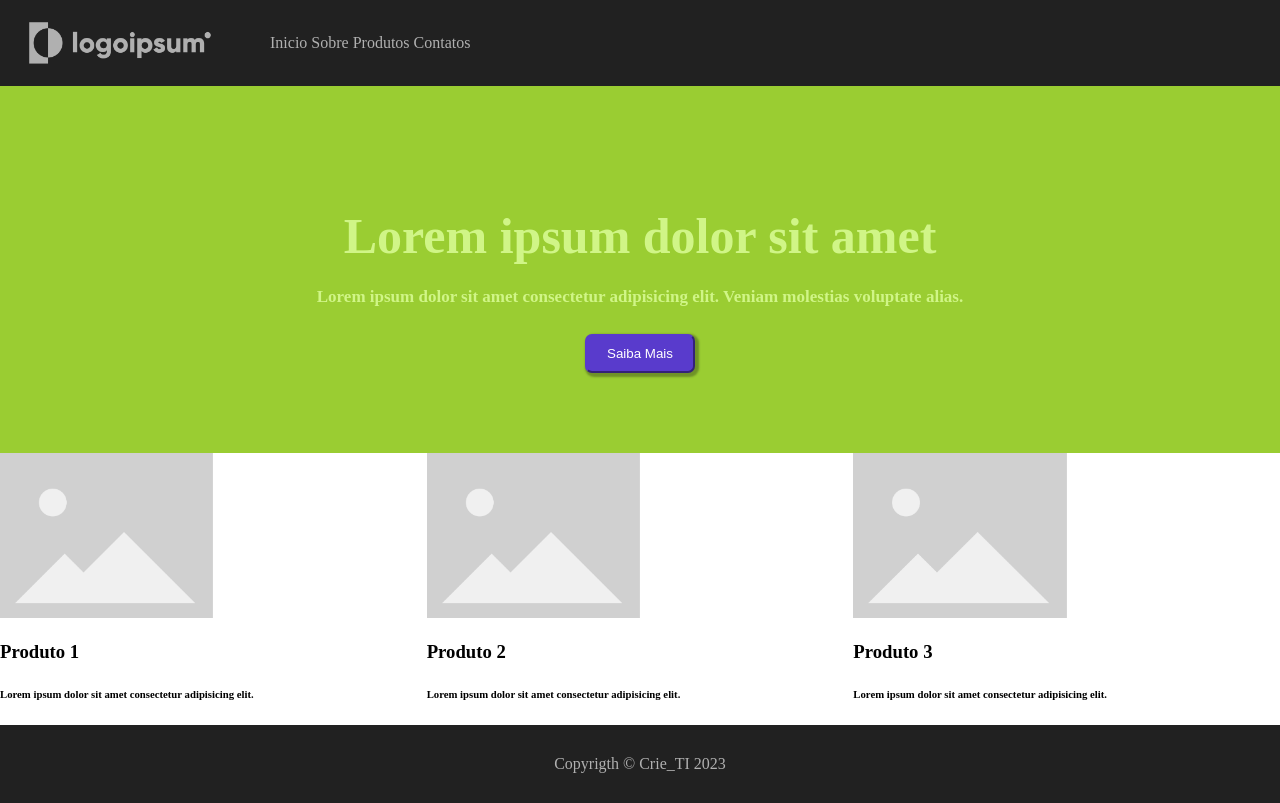
Repository: robsonwssantos/Projeto_Olaria
Page: Exercicios/ex.01/index.html
The author's editor kept a copy of each file at every save. The page is drawn from the files as they stood at one save, then again after the next save.
The browser window is 1280 px wide. The pictures show the whole page.

Above is the page before, as saved 2023-04-21 11:46:41.

After the next save:
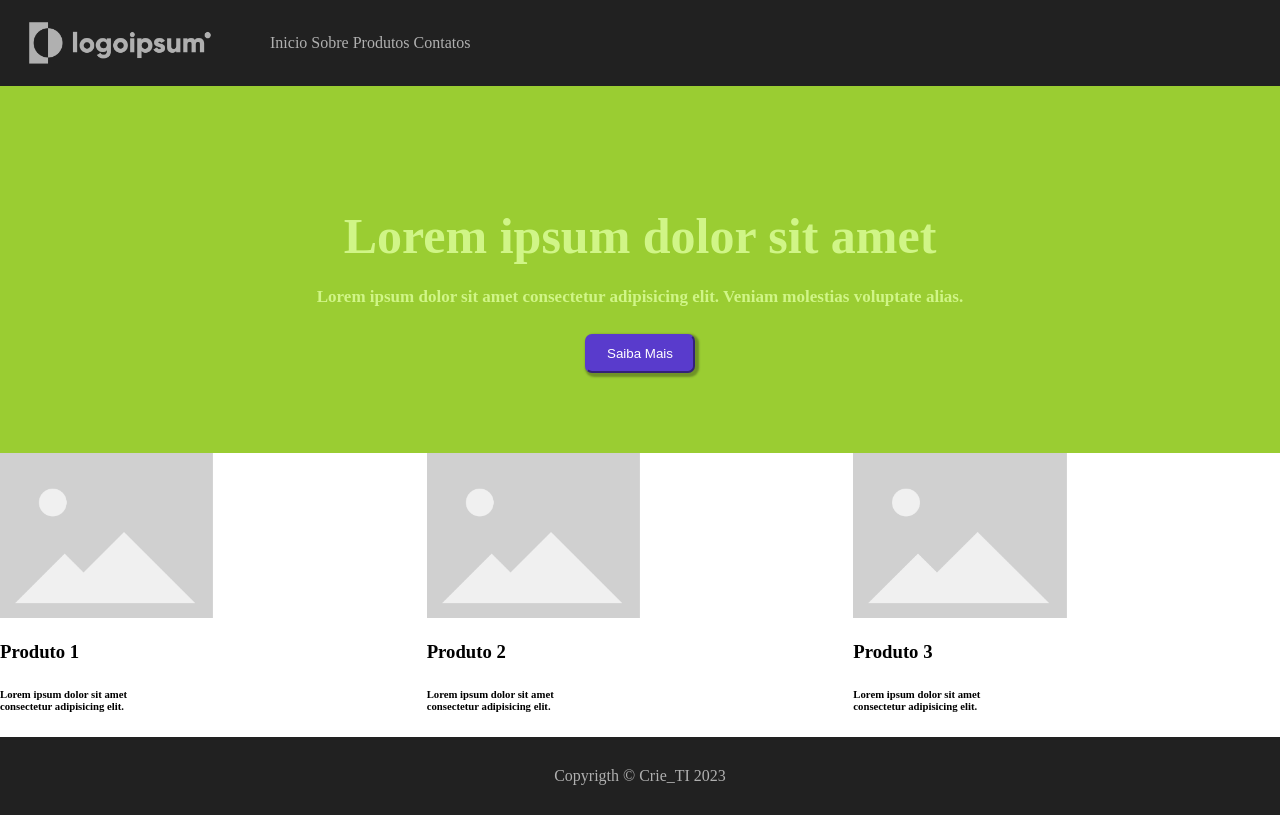
Saved 2 min 25 s later.
--- a/Exercicios/ex.01/index.html
+++ b/Exercicios/ex.01/index.html
@@ -121,17 +121,25 @@
             <div class="colum">
                 <img src="placeholder.png" alt="">
                 <h3>Produto 1</h3>
-                <h6>Lorem ipsum dolor sit amet consectetur adipisicing elit.</h6>
+                <h6>Lorem ipsum dolor sit amet<br>
+                    consectetur adipisicing elit.
+                </h6>
             </div>
             <div class="colum">
                 <img src="placeholder.png" alt="">
                 <h3>Produto 2</h3>
-                <h6>Lorem ipsum dolor sit amet consectetur adipisicing elit.</h6>
+                <h6>
+                    Lorem ipsum dolor sit amet<br>
+                    consectetur adipisicing elit.
+                </h6>
             </div>
             <div class="colum">
                 <img src="placeholder.png" alt="">
                 <h3>Produto 3</h3>
-                <h6>Lorem ipsum dolor sit amet consectetur adipisicing elit.</h6>
+                <h6>
+                    Lorem ipsum dolor sit amet <br>
+                    consectetur adipisicing elit.
+                </h6>
             </div>
         </section>
    </main>
